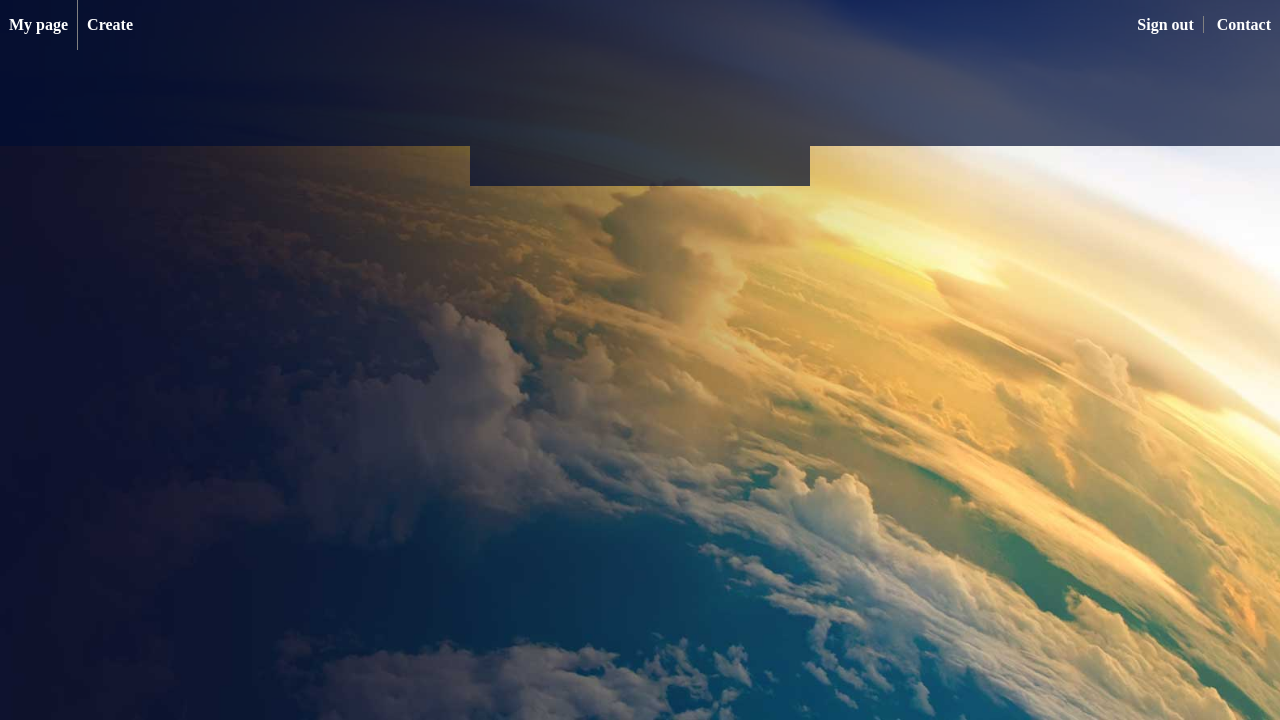
Repository: leeboseok/proposal-board
Page: http://localhost/ProposalSys/main.jsp
The author's editor kept a copy of each file at every save. The page is drawn from the files as they stood at one save, then again after the next save.
The browser window is 1280 px wide. The pictures show the whole page.
The page is served by Tomcat 9. Queries for data that is not in the repository find no rows.

Above is the page before, as saved 2024-08-08 04:05:23.

After the next save:
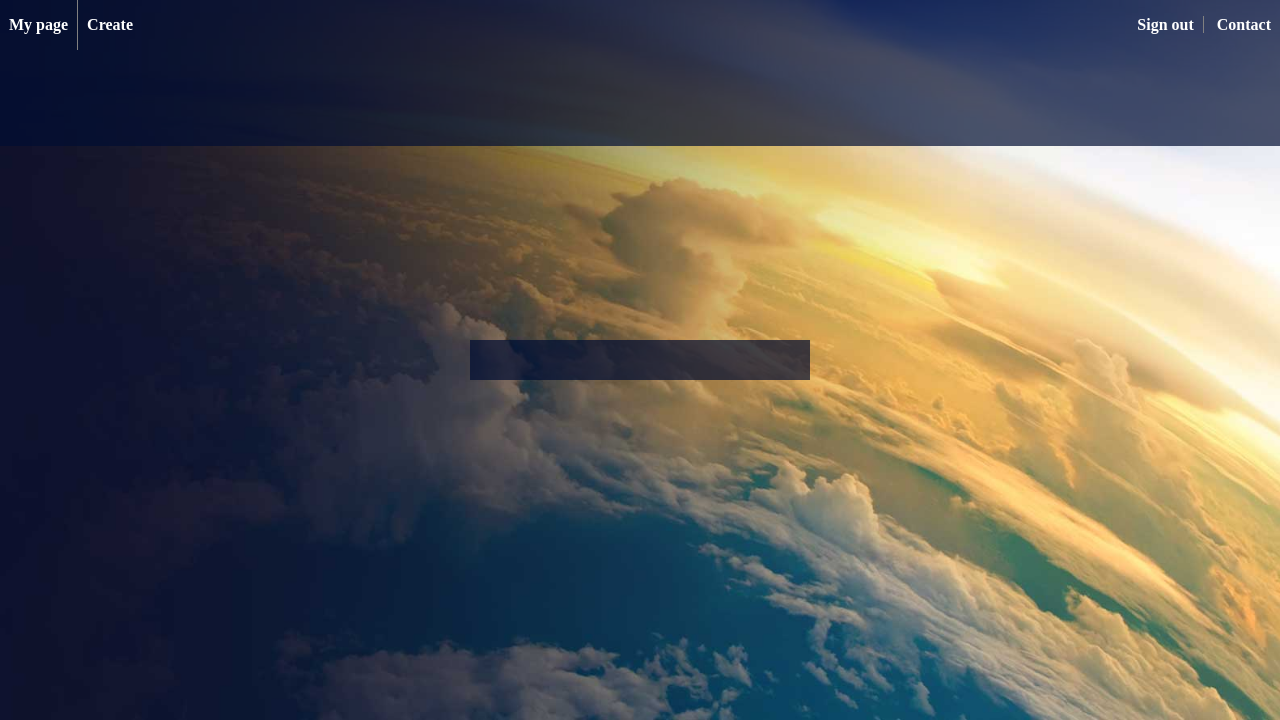
Saved 105 s later.
--- a/ProposalSys/src/main/webapp/css/main.css
+++ b/ProposalSys/src/main/webapp/css/main.css
@@ -15,6 +15,9 @@ html {
 #wrap{
     width:100%;
     height:100%;
+    display:flex;
+    justify-content:center;
+    align-items:center;
     position:absolute;
     top:0;
     left:0;
